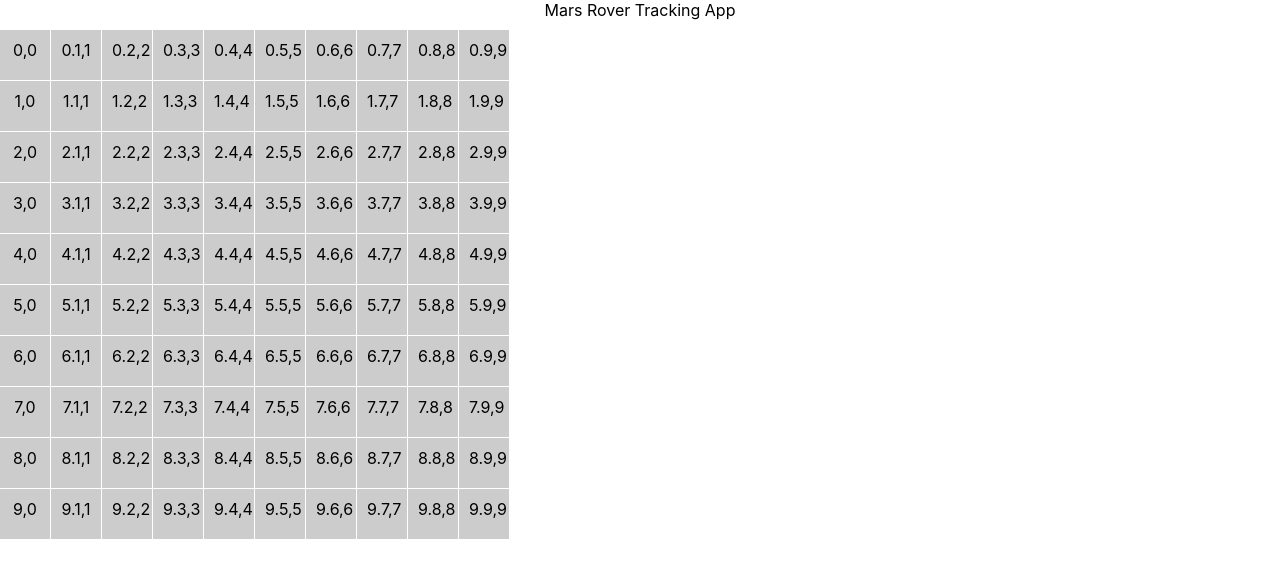
Repository: madhurisandbhor/Rover-Tracking-App
Page: /
These files come from the project's save history. The page is drawn as it stood at one moment and after the next save; the edit follows.
The browser window is 1280 px wide. The pictures show the whole page.
The project was rebuilt for these pictures with package versions that can differ from the ones it lists, and the page was loaded fresh each time.

Above is the page before, as saved 2021-09-06 18:19:10.

After the next save:
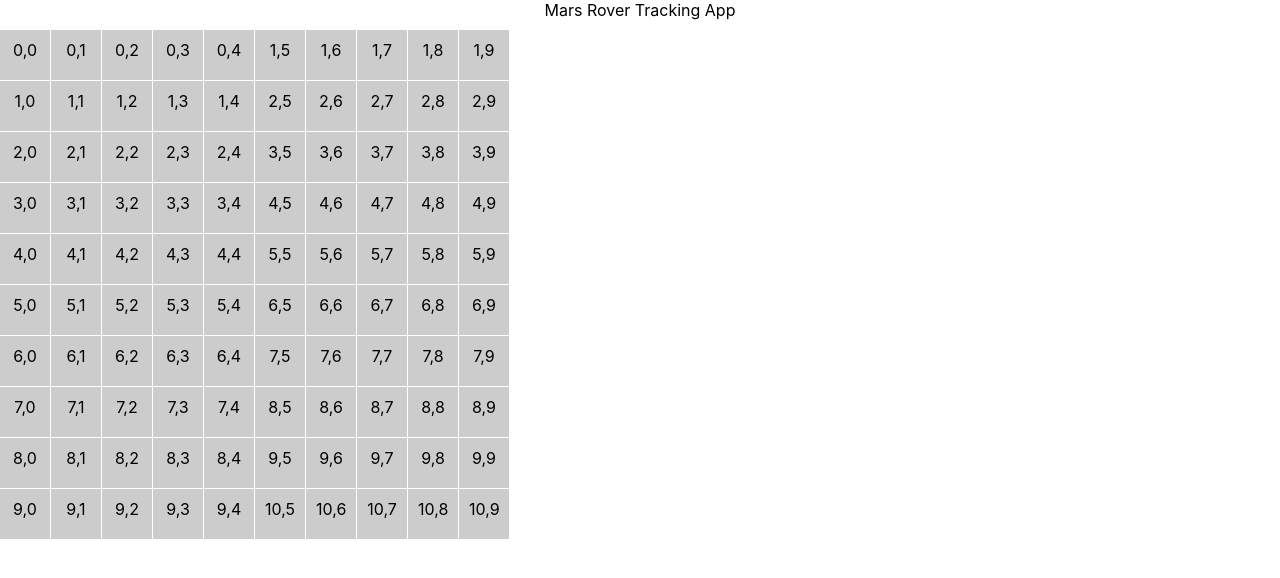
Saved 45 s later.
--- a/src/Grid.jsx
+++ b/src/Grid.jsx
@@ -21,7 +21,7 @@ const Grid = () => {
 
     return (
         <div style={wrapper}>
-            {arr.map((item, index) => <div key={index} style={itemStyle} >{index/10},{index%10}</div>)}
+            {arr.map((item, index) => <div key={index} style={itemStyle} >{Math.round(index/10)},{index%10}</div>)}
         </div>
     )
 }
